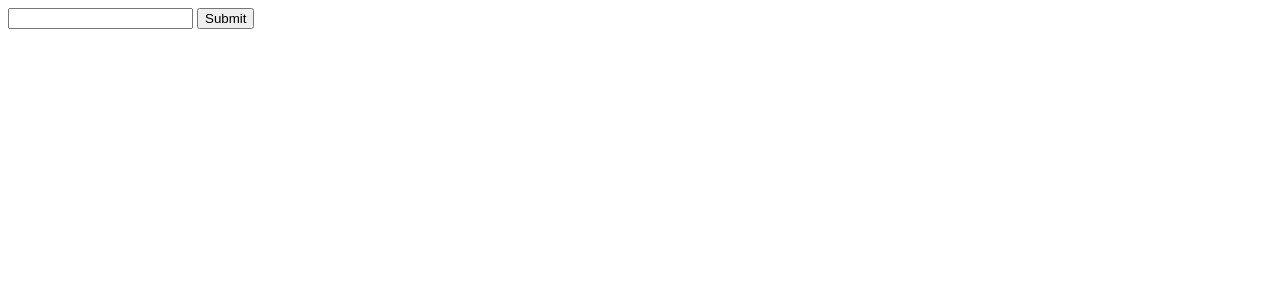
Repository: baijuachari/Servlet-JSPs
Page: SimpleServlet/WebContent/SampleForm.html
An editor plug-in stored every save of this project. The page is shown before and after the next save, followed by the edit.
The browser window is 1280 px wide. The pictures show the whole page.

Above is the page before, as saved 2016-07-10 19:43:20.

### SimpleServlet/WebContent/SampleForm.html
<!DOCTYPE html>
<html>
<head>
<meta charset="ISO-8859-1">
<title>Simple Form to pass parameter to servlet</title>
</head>
<body>
	<form action="xmlServletPath">
		<input name="userName" />
		<input type="submit"/>
	</form>
</body>
</html>

After the next save:
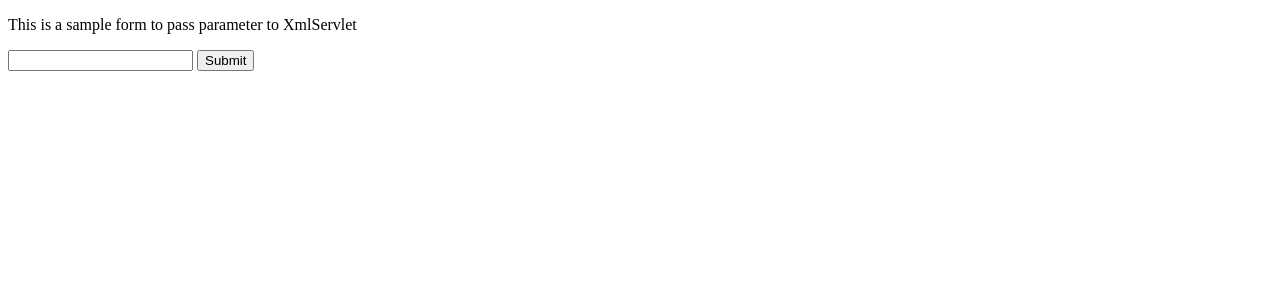
Saved 56 s later.
--- a/SimpleServlet/WebContent/SampleForm.html
+++ b/SimpleServlet/WebContent/SampleForm.html
@@ -6,6 +6,7 @@
 </head>
 <body>
 	<form action="xmlServletPath">
+		<p>This is a sample form to pass parameter to XmlServlet</p>
 		<input name="userName" />
 		<input type="submit"/>
 	</form>
